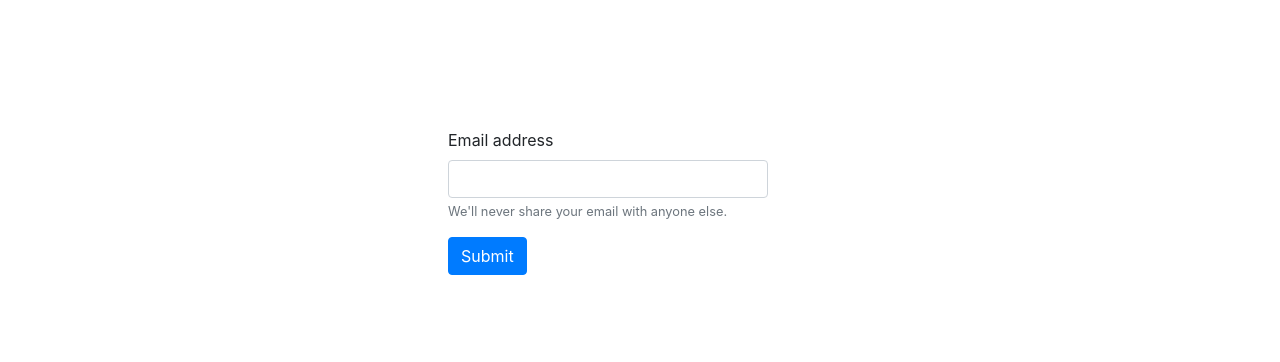
Repository: DhananjayaLakshan/PHP_CRUD_OOP1
Page: http://localhost/signup.php
The author's editor kept a copy of each file at every save. The page is drawn from the files as they stood at one save, then again after the next save.
The browser window is 1280 px wide. The pictures show the whole page.
The page is run by PHP 8.4 with error messages shown; the project is at /var/www/html/.

Above is the page before, as saved 2023-11-30 12:10:50.

### signup.php
<!DOCTYPE html>
<html lang="en">

<head>
    <meta charset="UTF-8">
    <meta name="viewport" content="width=device-width, initial-scale=1.0">
    <title>SIGNUP</title>

    <link rel="stylesheet" href="https://cdn.jsdelivr.net/npm/bootstrap@4.5.3/dist/css/bootstrap.min.css" integrity="sha384-TX8t27EcRE3e/ihU7zmQxVncDAy5uIKz4rEkgIXeMed4M0jlfIDPvg6uqKI2xXr2" crossorigin="anonymous">
    <link rel="stylesheet" href="style.css">
    <script src="script.js"></script>
</head>

<body>

    <form action="" method="post" style="width: 25%; margin: 10% 35%;">
        <div class="form-group">
            <label for="exampleInputEmail1">Email address</label>
            <input type="email" class="form-control" id="exampleInputEmail1" aria-describedby="emailHelp">
            <small id="emailHelp" class="form-text text-muted">We'll never share your email with anyone else.</small>
        </div>

        <button type="submit" class="btn btn-primary">Submit</button>
    </form>









    <script src="https://code.jquery.com/jquery-3.5.1.slim.min.js" integrity="sha384-DfXdz2htPH0lsSSs5nCTpuj/zy4C+OGpamoFVy38MVBnE+IbbVYUew+OrCXaRkfj" crossorigin="anonymous"></script>
    <script src="https://cdn.jsdelivr.net/npm/bootstrap@4.5.3/dist/js/bootstrap.bundle.min.js" integrity="sha384-ho+j7jyWK8fNQe+A12Hb8AhRq26LrZ/JpcUGGOn+Y7RsweNrtN/tE3MoK7ZeZDyx" crossorigin="anonymous"></script>
</body>

</html>

### style.css
.addButton {
    padding: 5px 25px;
    margin: 10px;

}

.table{
    margin: 10px !important;
    width: 85%;

}

Loaded but not shown: script.js (no stored copy; drawn as an empty file)

After the next save:
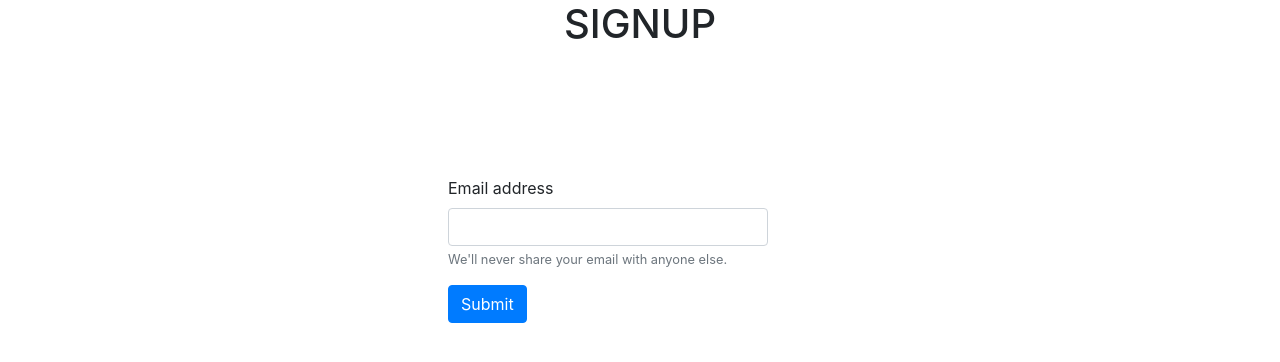
Saved 37 s later.
--- a/signup.php
+++ b/signup.php
@@ -12,6 +12,8 @@
 </head>
 
 <body>
+
+<h1 style="text-align: center; font-weight: 500;">SIGNUP</h1>
 
     <form action="" method="post" style="width: 25%; margin: 10% 35%;">
         <div class="form-group">
